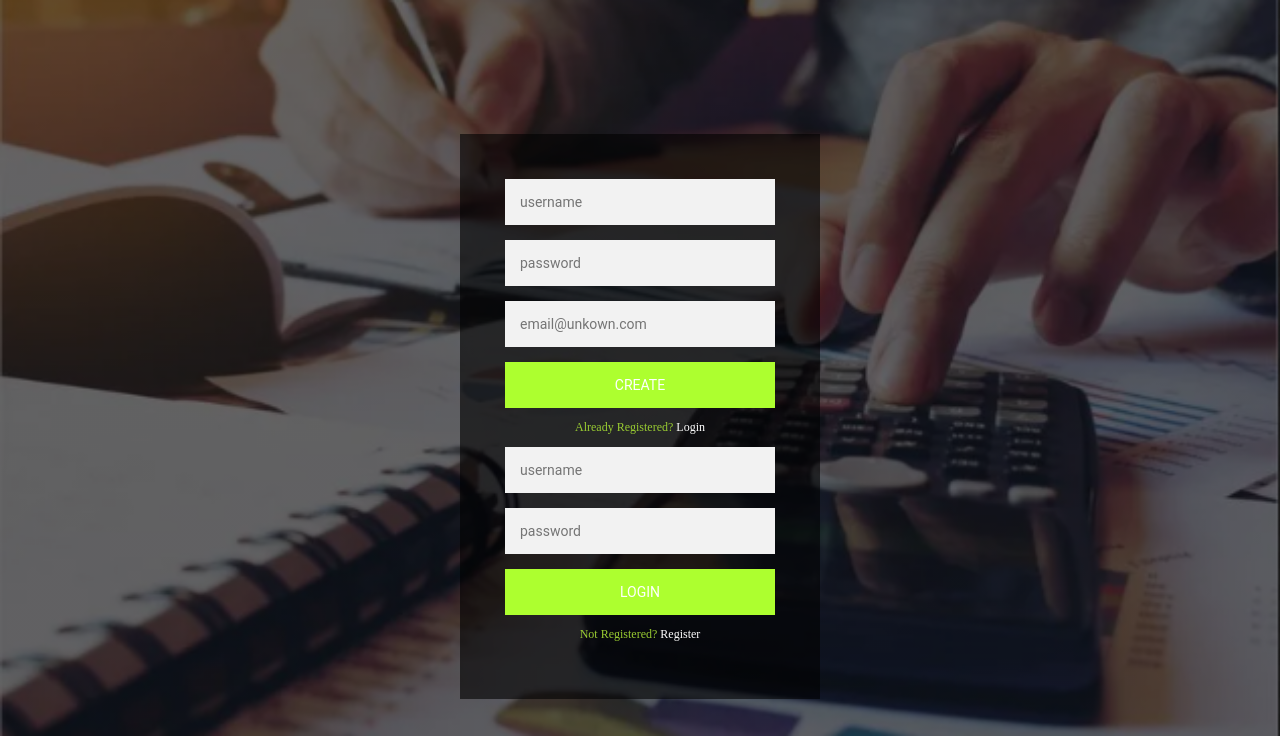
Repository: rambo1022/Project-1
Page: index.html
These files come from the project's save history. The page is drawn as it stood at one moment and after the next save; the edit follows.
The browser window is 1280 px wide. The pictures show the whole page.

Above is the page before, as saved 2019-12-01 16:22:30.

### index.html
<!DOCTYPE html>
<html lang="en">
<head>
  <meta charset="UTF-8">
  <meta name="viewport" content="width=device-width, initial-scale=1.0">
  <meta http-equiv="X-UA-Compatible" content="ie=edge">
  <title>Prime Trade || Login/SignUp</title>
  <link rel="stylesheet" href="../Project-1/Sign-Up/signup.css">

</head>

<body>

  <div class="login-page">
  <div class="form">
    <form class="register-form">
    <input type="text" placeholder="username"/>
    <input type="text" placeholder="password"/>
    <input type="text" placeholder="email@unkown.com"/>
    <button>Create</button>
    <p class="message"> Already Registered? <a href="#">Login</a>
    </p>
    </form>

    <form class="login-form">
    <input type="text" placeholder="username"/>
    <input type="password" placeholder="password"/>
    <button>Login</button>
    <p class="message"> Not Registered? <a href="#">Register</a>



    </form>

  </div>
  </div>






</body>

</html>

### Sign-Up/signup.css
body {
    background-image: linear-gradient(rgba(0,0,0,0.6),rgba(0,0,0,0.6)),url(../Sign-Up/images/finance.png);
    height: 100vh;
    background-size: cover;
    background-position: center;


}

.login-page {
    width: 360px;
    padding: 10% 0 0;
    margin: auto;


}

.form {
    position: relative;
    z-index: 1;
    background: rgba(0,0,0,0.6);
    max-width: 360px;
    margin: 0 auto 100px;
    padding: 45px;
    text-align: center;

}


.form input {
    font-family: "Roboto", sans-serif;
    outline: 1;
    background: #f2f2f2;
    width: 100%;
    border: 0;
    margin: 0 0 15px;
    padding: 15px 15px;
    box-sizing: border-box;
    font-size: 14px;

}

.form button {
    font-family: "Roboto", sans-serif;
    text-transform: uppercase;
    outline: 0;
    background: greenyellow;
    width: 100%;
    border: 0;
    padding: 15px 15px;
    color: #ffffff;
    font-size: 14px;
    cursor: pointer;

}

.form button:hover,.form button:active {
    background: rgba(0,0,0,0.6);

}

.form .message {
    color: yellowgreen;
    font-size: 12px;
    text-decoration: none;
}

.form .message a{
    color: #ffffff;
    font-size: 12px;
    text-decoration: none;
}

After the next save:
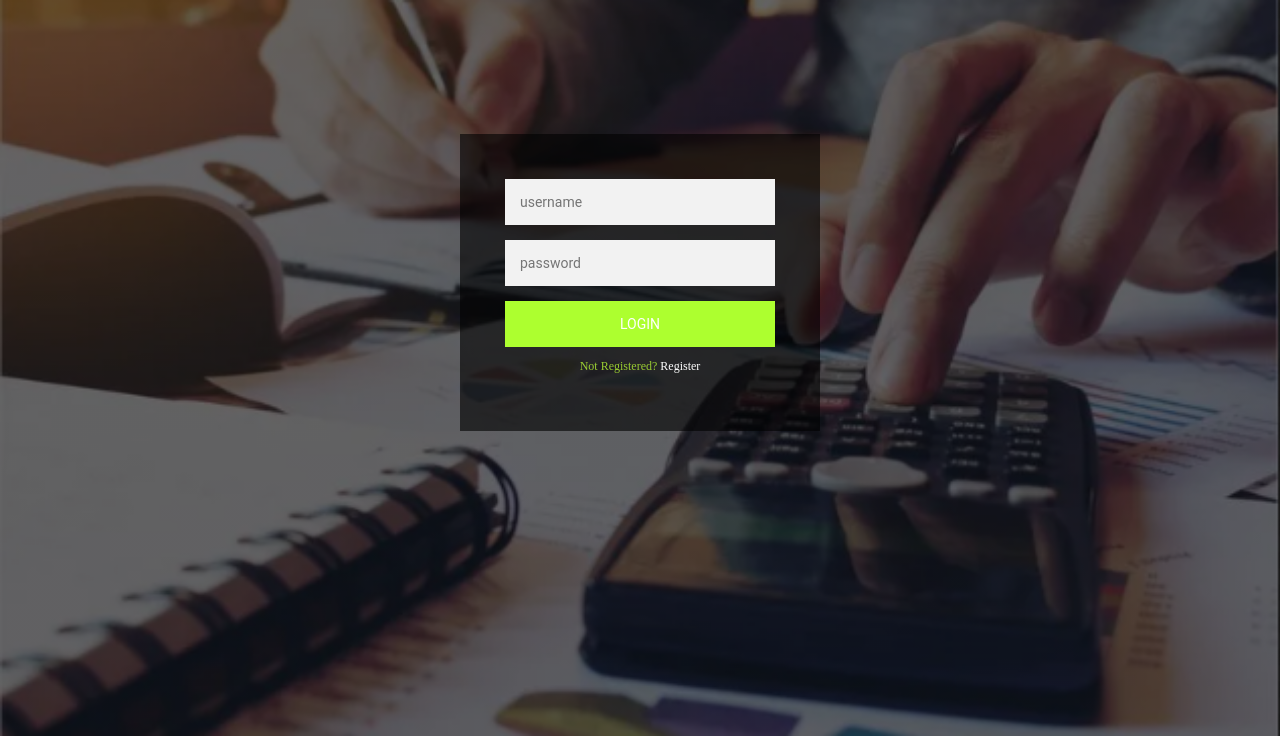
Saved 105 s later.
--- a/Sign-Up/signup.css
+++ b/Sign-Up/signup.css
@@ -70,3 +70,8 @@ body {
     font-size: 12px;
     text-decoration: none;
 }
+
+.form .register-form {
+    display: none;
+
+}
